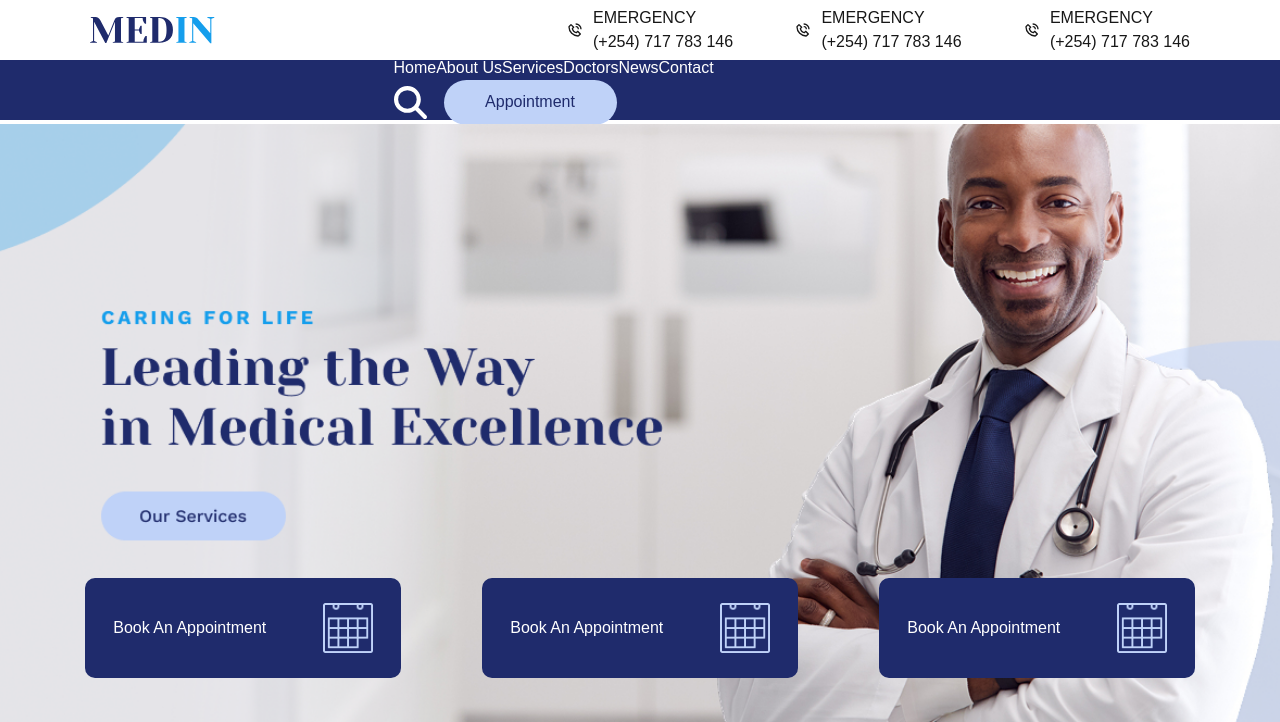
Repository: SynHK3/Poc_Hospital
Page: /home (app in fe_hospital/)
An editor plug-in stored every save of this project. The page is shown before and after a run of saves, followed by the edit.
The browser window is 1280 px wide. The pictures show the whole page.
The project was rebuilt for these pictures with package versions that can differ from the ones it lists, and the page was loaded fresh each time. The framework's server and built-in components were replaced by stand-ins that run in the browser. Also part of the build but not shown: fe_hospital/next.config.ts.

Above is the page before, as saved 2025-09-02 14:31:07.

After the next 2 saves:
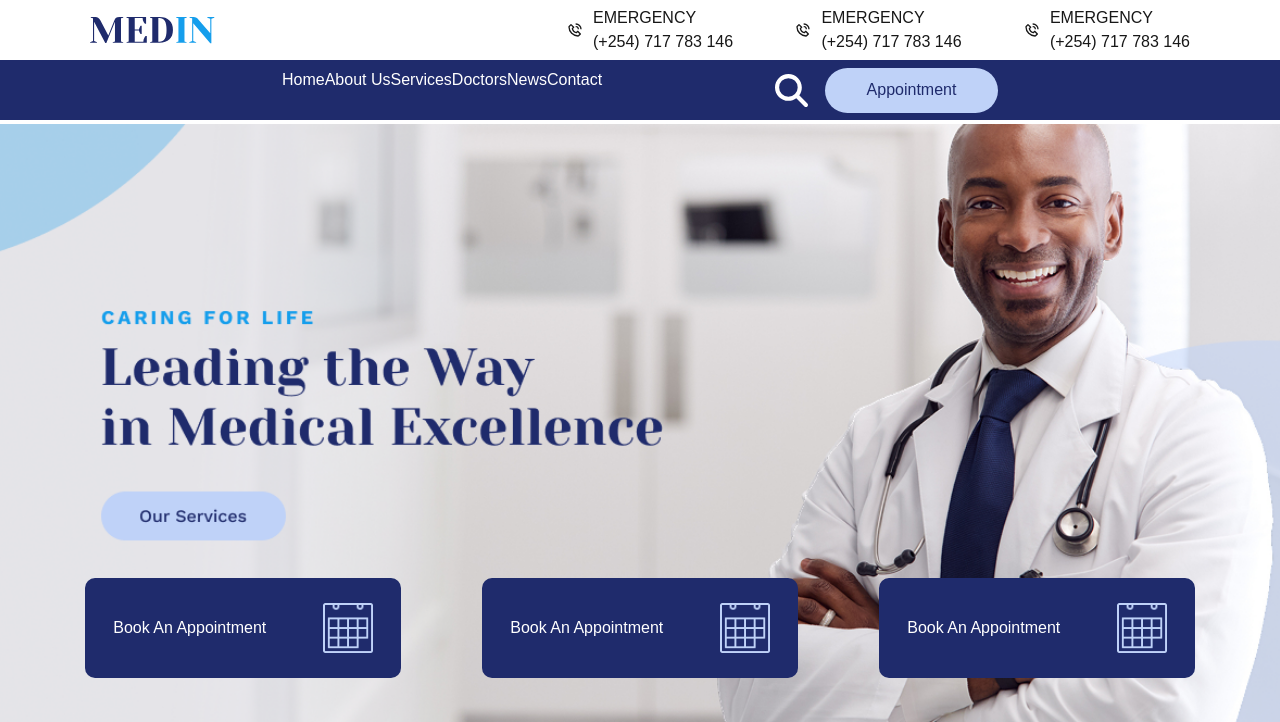
The 2 saves are shown as one change because they came seconds apart.
The last was saved 11 s later.
--- a/fe_hospital/src/components/header/header.css
+++ b/fe_hospital/src/components/header/header.css
@@ -46,6 +46,10 @@
   color: white;
 }
 
+.layout__header--nav {
+  display: flex;
+}
+
 .header__list--nav {
   width: 493px;
   display: flex;
